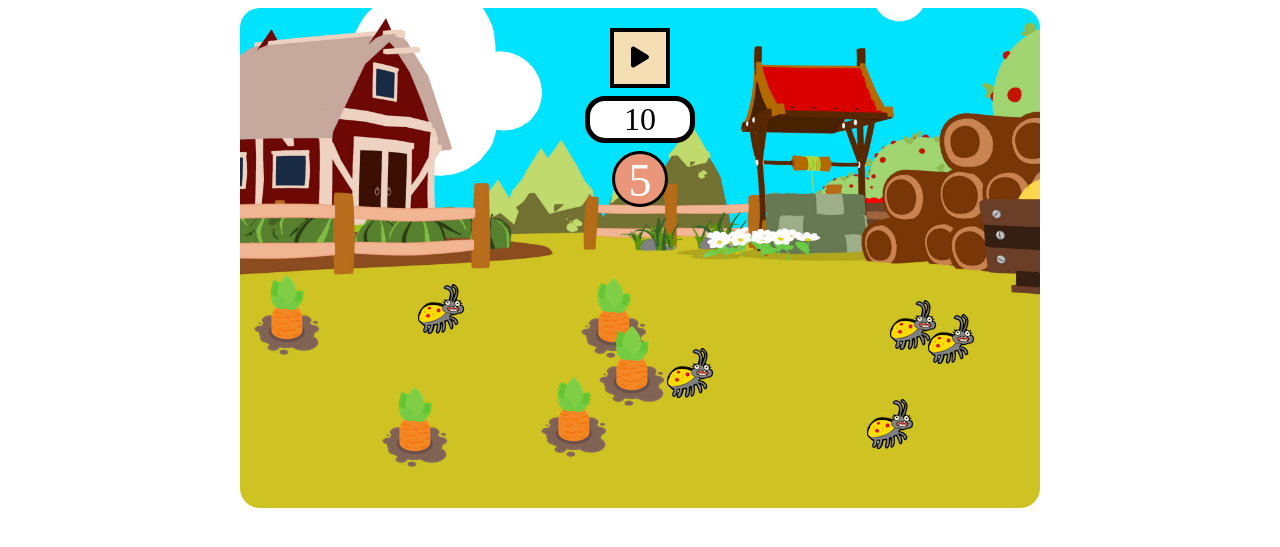
Repository: rumor1993/DreamCoding-Browser101
Page: Chapter07/ellie/index.html
An editor plug-in stored every save of this project. The page is shown before and after the next save, followed by the edit.
The browser window is 1280 px wide. The pictures show the whole page.
Some web libraries are served in a nearby version.

Above is the page before, as saved 2021-01-03 22:31:37.

### Chapter07/ellie/index.html
<!DOCTYPE html>
<html lang="en">
  <head>
    <meta charset="UTF-8" />
    <meta name="viewport" content="width=device-width, initial-scale=1.0" />
    <title>Document</title>
    <script src="https://kit.fontawesome.com/86c035f01d.js" crossorigin="anonymous"></script>
    <link rel="stylesheet" href="index.css" />
    <script src="index.js" defer></script>
  </head>
  <body>
    <section class="game">
      <header class="game-header">
        <button class="game-button">
          <i class="fas fa-play"></i>
        </button>
        <span class="game-timer">0:0</span>
        <span class="game-score">9</span>
      </header>
      <section class="game-field"></section>
    </section>
    <section class="pop-up">
      <button class="pop-up-refresh">
        <i class="fas fa-redo"></i>
      </button>
      <span class="pop-up-message">Hello</span>
    </section>
  </body>
</html>

### Chapter07/ellie/index.css
button {
  border: none;
  outline: none;
  cursor: pointer;
}

body {
  text-align: center;
}

.game {
  display: flex;
  flex-direction: column;
  width: 800px;
  height: 500px;
  margin: auto;
  background: url("../carrot/img/background.png") center/cover;
  border-radius: 20px;
}

.game-header {
  display: flex;
  flex-direction: column;
  align-items: center;
  padding: 20px;
}

.game-button {
  width: 60px;
  height: 60px;
  background-color: wheat;
  border: 4px solid black;
  font-size: 24px;
  transition: transform 300ms ease-in;
}

.game-button:hover {
  transform: scale(1.1);
}

.game-timer {
  width: 100px;
  background-color: white;
  text-align: center;
  border: 5px solid black;
  border-radius: 20px;
  font-size: 32px;
  margin-top: 8px;
}

.game-score {
  text-align: center;
  width: 50px;
  height: 50px;
  font-size: 46px;
  margin-top: 8px;
  border: 3px solid black;
  border-radius: 50%;
  background-color: darksalmon;
  color: white;
}

.game-field {
  position: relative;
  width: 100%;
  height: 100%;
  margin-top: 40px;
}

.pop-up {
  width: 400px;
  height: 140px;
  margin: auto;
  padding: 20px;
  border-radius: 25px;
  background-color: #00000090;
  color: white;
  text-align: center;
  transform: translateY(-150%);
}

.pop-up-hide {
  display: none;
}

.pop-up-refresh {
  width: 60px;
  height: 60px;
  font-size: 24px;
  background-color: wheat;
  border: 2px solid black;
  border-radius: 50%;
}

.pop-up-message {
  display: block;
  font-size: 38px;
}

.carrot {
  transition: transform 300ms ease-in;
}

.carrot:hover {
  transform: scale(1.1);
}

### Chapter07/ellie/index.js
window.addEventListener("load", () => {
  const itemSize = 80;
  const gameField = document.querySelector(".game-field");
  const gamePopup = document.querySelector(".pop-up");
  const gameTimer = document.querySelector(".game-timer");
  const gamePopupRefresh = document.querySelector(".pop-up-refresh");
  const gameButton = document.querySelector(".game-button");
  const fieldRect = gameField.getBoundingClientRect();
  const gameScore = document.querySelector(".game-score");

  let gameSecondTime = 10;
  let itemCount = 5;

  initGame();

  gamePopupRefresh.addEventListener("click", initGame);
  gameButton.addEventListener("click", startTimer.bind(null, gameSecondTime));

  function initGame() {
    gameScore.innerHTML = itemCount;
    gameTimer.innerHTML = gameSecondTime;
    clearItem();
    addItem("carrot", itemCount, "../carrot/img/carrot.png");
    addItem("bug", itemCount, "../carrot/img/bug.png");
    gamePopup.setAttribute("class", "pop-up-hide");
  }

  function clearItem() {
    gameField.innerHTML = "";
  }

  function addItem(className, count, imagePath) {
    const x1 = 0;
    const y1 = 0;
    const x2 = fieldRect.width - itemSize;
    const y2 = fieldRect.height - itemSize;

    for (let i = 0; i < count; i++) {
      const item = document.createElement("img");
      item.setAttribute("class", className);
      item.setAttribute("src", imagePath);
      item.style.position = "absolute";
      const x = randomNumber(x1, x2);
      const y = randomNumber(y1, y2);
      item.style.left = `${x}px`;
      item.style.top = `${y}px`;

      item.style.cursor = "pointer";
      item.addEventListener("click", itemClick.bind(item, className));

      gameField.appendChild(item);
    }
  }

  function randomNumber(min, max) {
    return Math.random() * (max - min) + min;
  }

  function startTimer(second) {
    const timer = setInterval(function () {
      gameTimer.innerHTML = --second;
      if (second <= 0) finishGame(timer);
    }, 1000);
  }

  function finishGame(timer) {
    clearInterval(timer);
    gamePopup.setAttribute("class", "pop-up");
  }

  function itemClick(className) {}
});

After the next save:
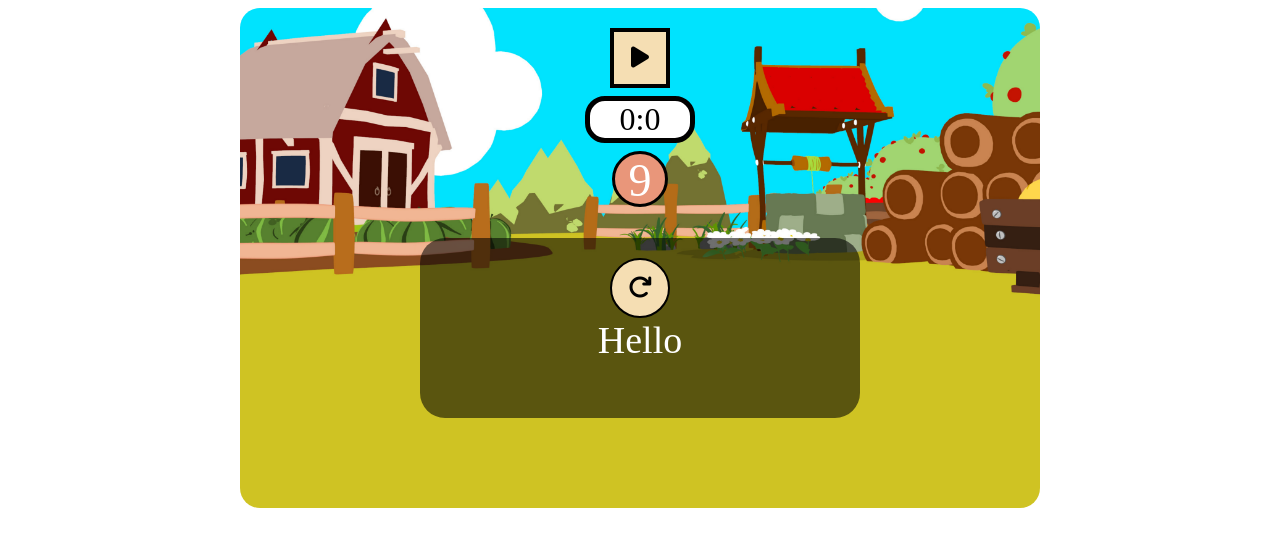
Console error: SyntaxError: Unexpected token '}'
Saved 38 s later.
--- a/Chapter07/ellie/index.js
+++ b/Chapter07/ellie/index.js
@@ -68,5 +68,7 @@
     gamePopup.setAttribute("class", "pop-up");
   }
 
-  function itemClick(className) {}
+  function itemClick(className) {
+    if (className === "carrot")
+  }
 });

After the save that followed:
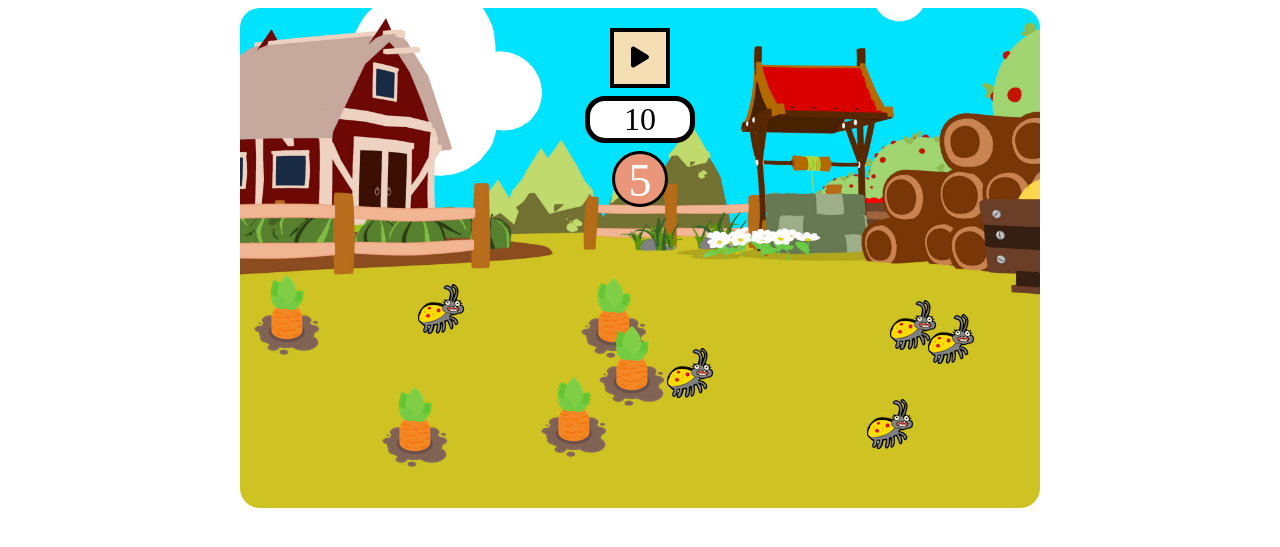
The error is gone.
Saved 12 s later.
--- a/Chapter07/ellie/index.js
+++ b/Chapter07/ellie/index.js
@@ -69,6 +69,8 @@
   }
 
   function itemClick(className) {
-    if (className === "carrot")
+    if (className === "carrot") {
+      console.log("당근당근~");
+    }
   }
 });
